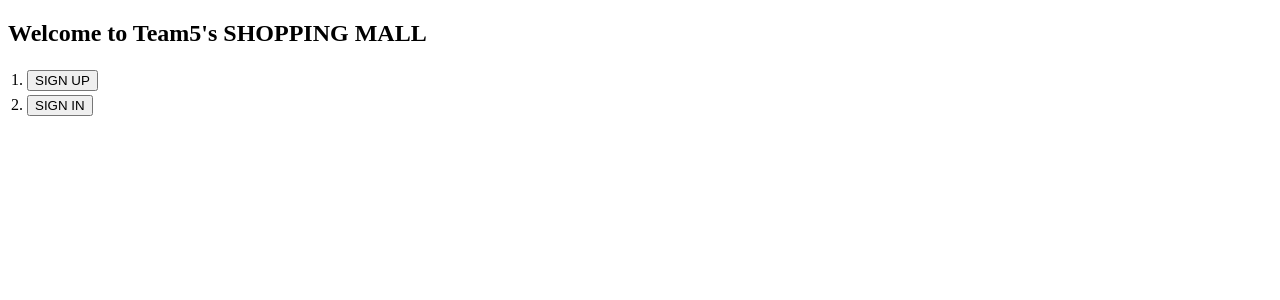
Repository: MIR013/KNU_DB_Project_Team5
Page: dbphase/Databaase/WebContent/main.html
These files come from the project's save history. The page is drawn as it stood at one moment and after the next save; the edit follows.
The browser window is 1280 px wide. The pictures show the whole page.

Above is the page before, as saved 2018-11-22 06:04:18.

After the next save:
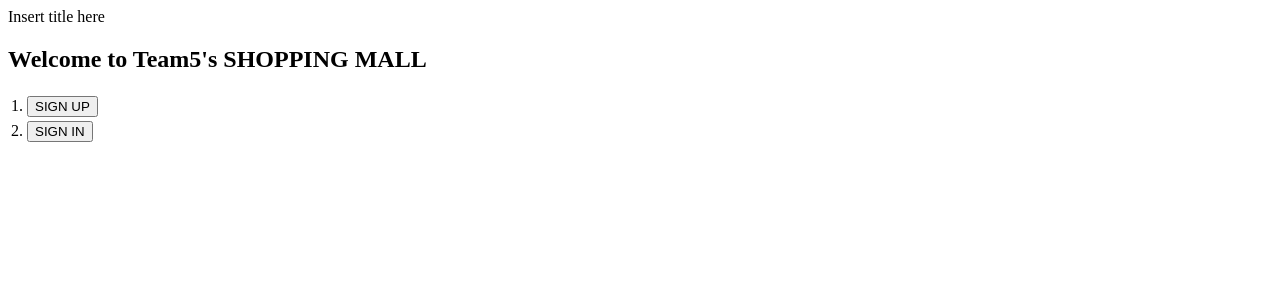
Saved 39 s later.
--- a/dbphase/Databaase/WebContent/main.html
+++ b/dbphase/Databaase/WebContent/main.html
@@ -2,7 +2,7 @@
 <html>
 <head>
 <meta charset="UTF-8">
-
+<link rel="stylesheet"
 <title>Insert title here</title>
 </head>
 <body>

After the 2 saves that followed:
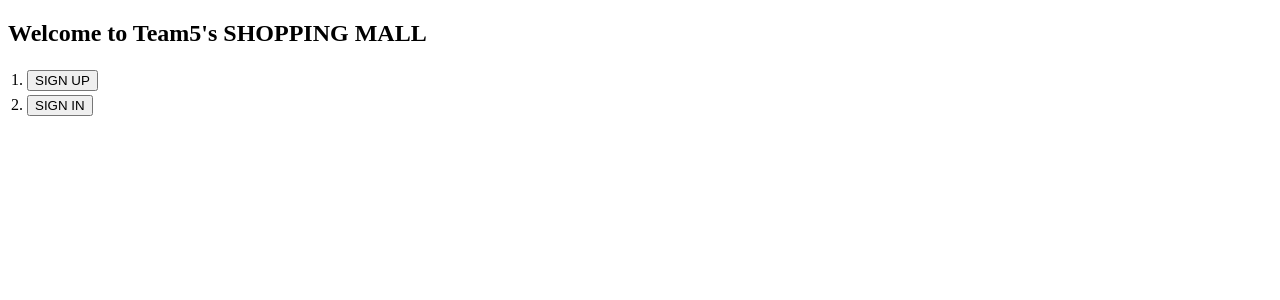
The 2 saves are shown as one change because they came seconds apart.
The last was saved 29 s later.
--- a/dbphase/Databaase/WebContent/main.html
+++ b/dbphase/Databaase/WebContent/main.html
@@ -2,7 +2,7 @@
 <html>
 <head>
 <meta charset="UTF-8">
-<link rel="stylesheet"
+<link rel="stylesheet" type="text/css" herf="nikhi.css">
 <title>Insert title here</title>
 </head>
 <body>
